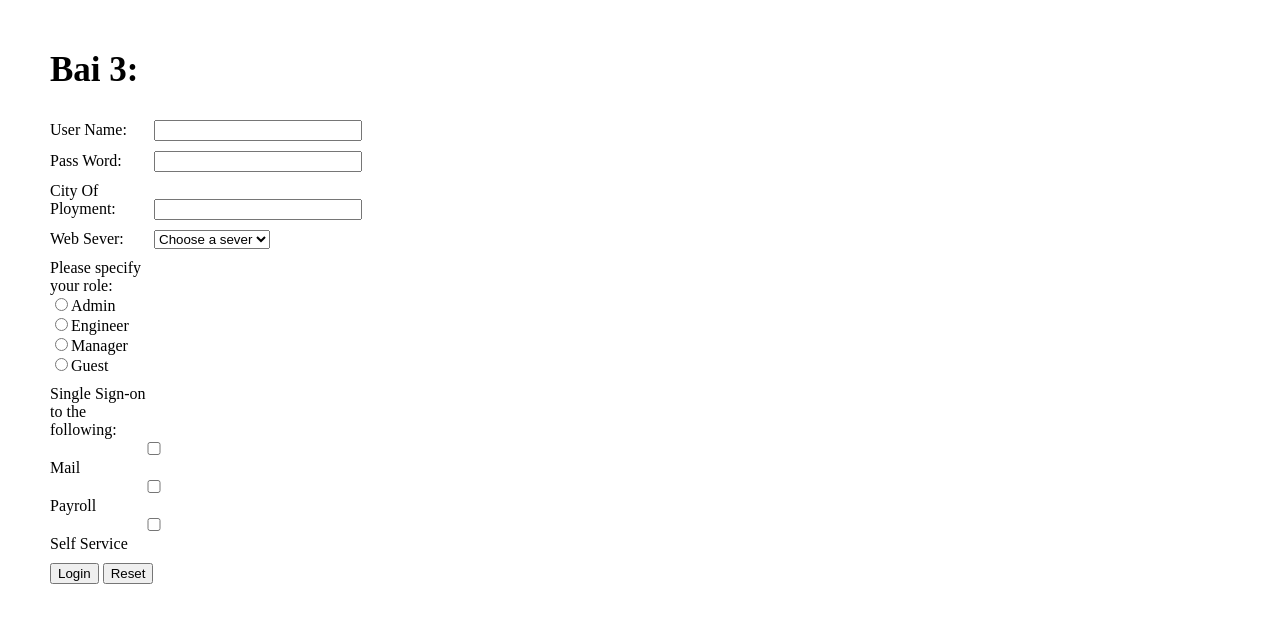
Repository: truongtn04/f8-fullstack-k5
Page: day03/ex03.html
An editor plug-in stored every save of this project. The page is shown before and after the next save, followed by the edit.
The browser window is 1280 px wide. The pictures show the whole page.

Above is the page before, as saved 2023-11-27 12:00:01.

After the next save:
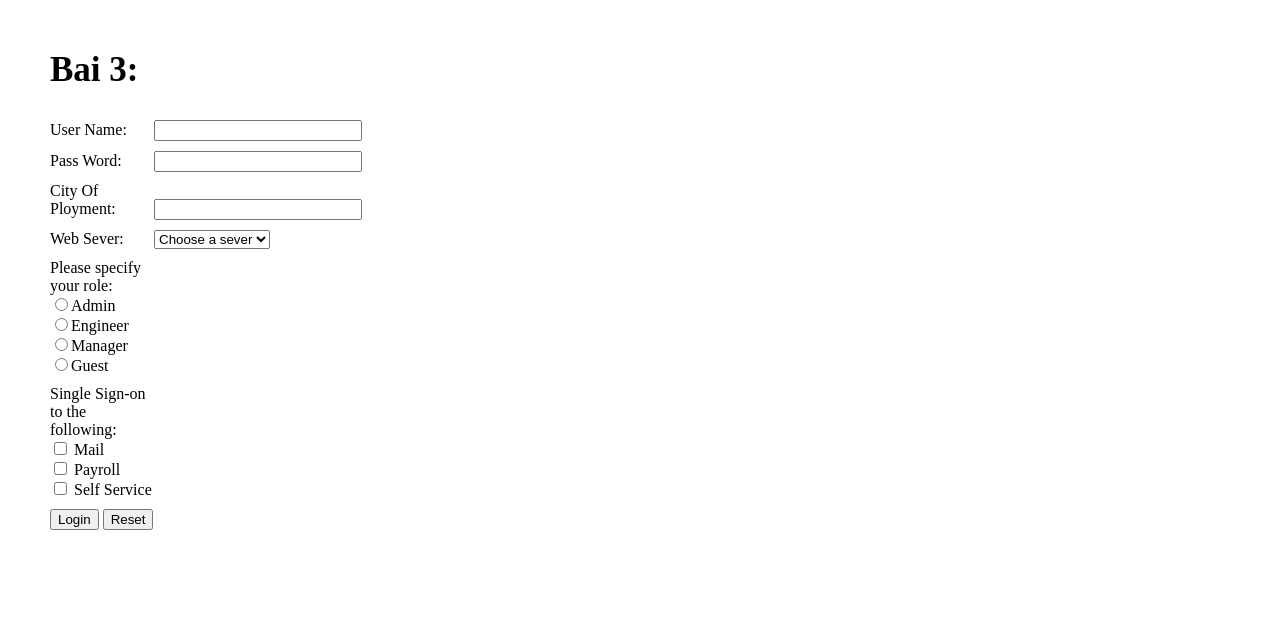
Saved 14 s later.
--- a/day03/ex03.html
+++ b/day03/ex03.html
@@ -57,19 +57,19 @@
         <div class="form-item">
             <label>Single Sign-on to the following:</label>
             <div class="form-item__list">
-                <div class="form-item__select">
+                <div class="form-item__option">
                     <label>
                         <input type="checkbox">
                         <span>Mail</span>
                     </label>
                 </div>
-                <div class="form-item__select">
+                <div class="form-item__option">
                     <label>
                         <input type="checkbox">
                         <span>Payroll</span>
                     </label>
                 </div>
-                <div class="form-item__select">
+                <div class="form-item__option">
                     <label>
                         <input type="checkbox">
                         <span>Self Service</span>
